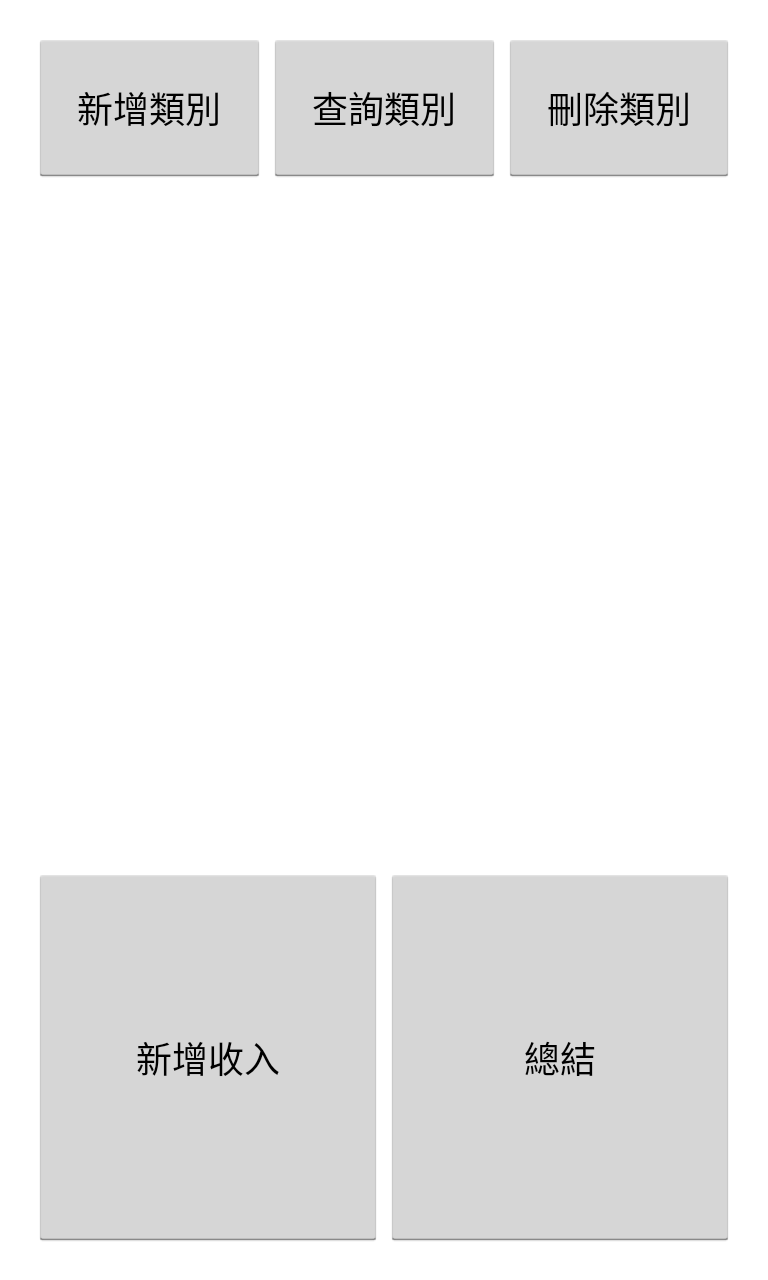
Repository: rayyrayy/Android-app-project
Layout: flashaccounting/easy money manager/res/layout/activity_main.xml
An editor plug-in stored every save of this project. The layout is shown before and after the next save, followed by the edit.
It is drawn on a 768 x 1280 px phone screen (xhdpi) without system bars, with theme AppTheme; the app's code is not run.

Above is the layout before, as saved 2014-11-05 06:16:48.

After the next save:
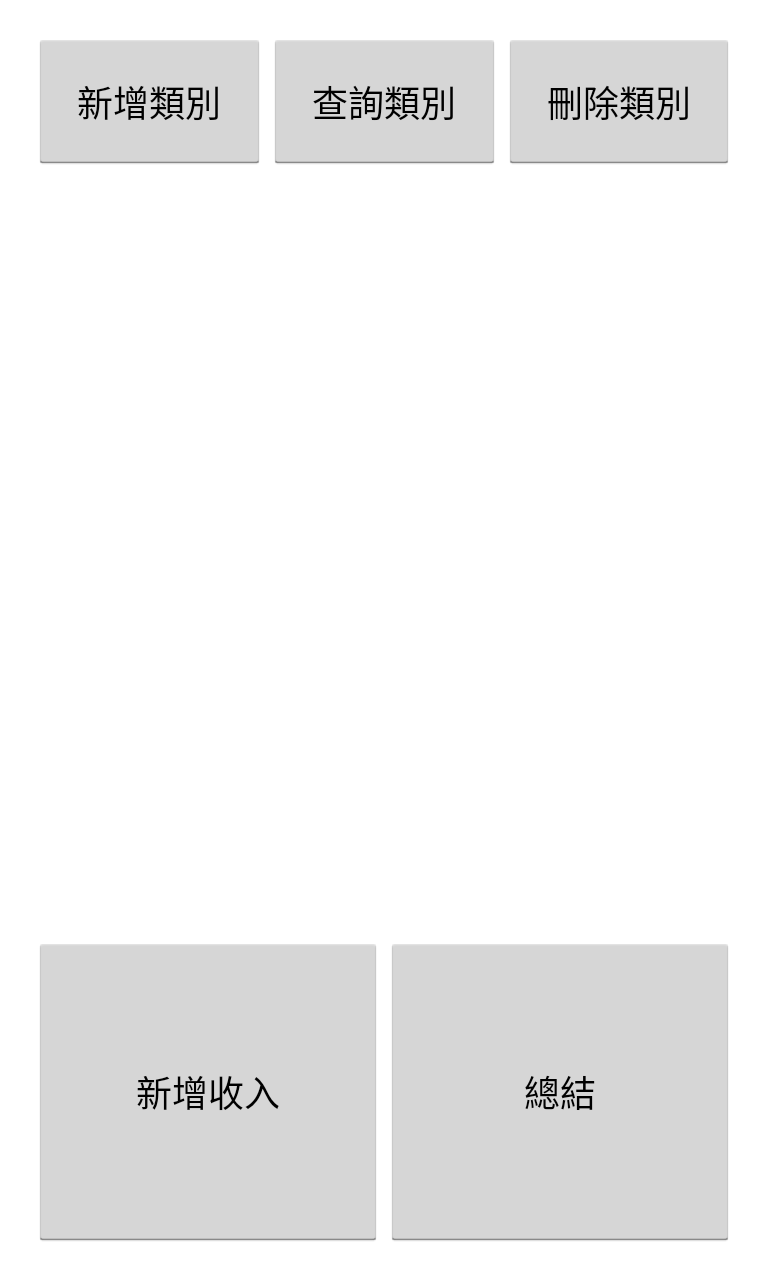
Saved 79 s later.
--- a/flashaccounting/easy money manager/res/layout/activity_main.xml
+++ b/flashaccounting/easy money manager/res/layout/activity_main.xml
@@ -81,6 +81,18 @@
 	        android:orientation="horizontal"
 	        android:rowCount="3" >
 
+	        <Button
+            android:text="left"
+            android:layout_width="0dp"
+            android:layout_height="wrap_content"
+            android:layout_weight=".70" />
+
+        	<Button
+            android:text="right"
+            android:layout_width="0dp"
+            android:layout_height="wrap_content"
+            android:layout_weight=".30" />
+
  	   </GridLayout>
 
     </LinearLayout>

After the save that followed:
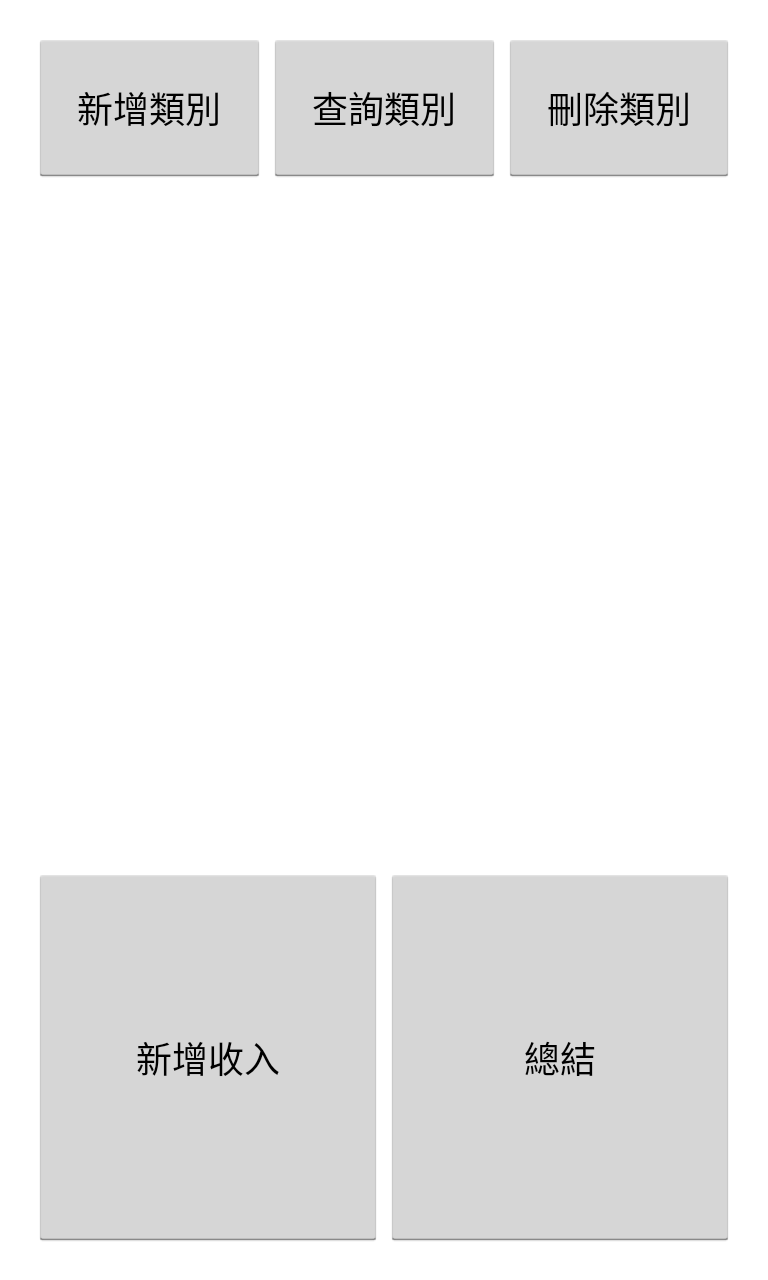
Saved 14 s later.
--- a/flashaccounting/easy money manager/res/layout/activity_main.xml
+++ b/flashaccounting/easy money manager/res/layout/activity_main.xml
@@ -81,17 +81,6 @@
 	        android:orientation="horizontal"
 	        android:rowCount="3" >
 
-	        <Button
-            android:text="left"
-            android:layout_width="0dp"
-            android:layout_height="wrap_content"
-            android:layout_weight=".70" />
-
-        	<Button
-            android:text="right"
-            android:layout_width="0dp"
-            android:layout_height="wrap_content"
-            android:layout_weight=".30" />
 
  	   </GridLayout>
 
